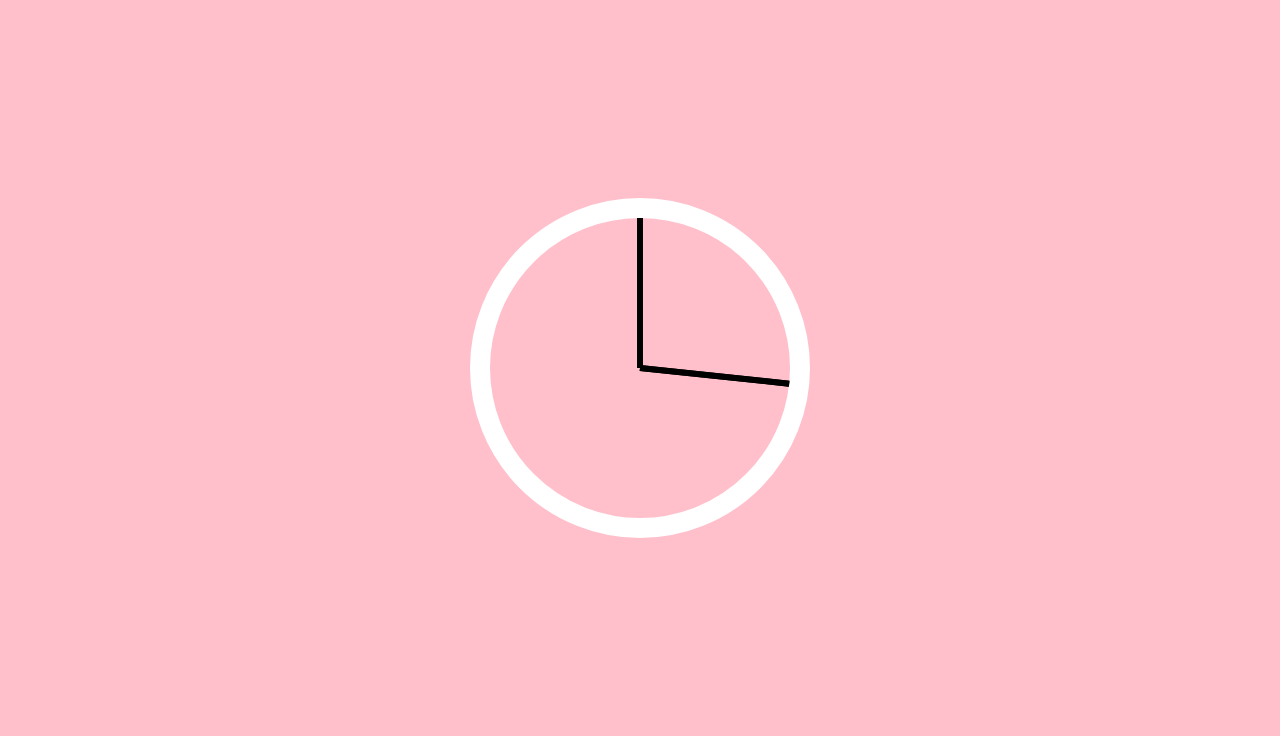
Repository: julieLyM/js-make-an-oclock
Page: index.html
An editor plug-in stored every save of this project. The page is shown before and after the next save, followed by the edit.
The browser window is 1280 px wide. The pictures show the whole page.

Above is the page before, as saved 2020-07-07 12:00:41.

### index.html
<!DOCTYPE html>
<html lang="en">
  <head>
    <meta charset="UTF-8" />
    <meta name="viewport" content="width=device-width, initial-scale=1.0" />
    <link rel="stylesheet" href="index.css" />
    <title>Document</title>
  </head>
  <body>
    <div class="clock">
      <div class="clock-circle">
        <div class="hand hours-hand"></div>
        <div class="hand mins-hand"></div>
        <div class="hand secs-hand"></div>
      </div>
    </div>
  </body>
</html>

<script>
  const secondHand = document.querySelector('.secs-hand');
  const minsHand = document.querySelector('.mins-hand');
  const hoursHand = document.querySelector('.hours-hand');

  function setDate() {
    const now = new Date();
    const seconds = now.getSeconds();
    const secondsDegrees = (seconds / 60) * 360 + 90;
    secondHand.style.transform = `rotate(${secondsDegrees}deg)`;
    console.log('second', seconds);

    const mins = now.getMinutes();
    const minsDegrees = (mins / 60) * 360 + 90;
    minsHand.style.transform = `rotate(${minsDegrees}deg)`;
    console.log('minutes', mins);

    const hours = now.getMinutes();
    const hoursDegrees = (mins / 60) * 360 + 90;
    hoursHand.style.transform = `rotate(${hoursDegrees}deg)`;
    console.log('hours', hours);
  }

  setInterval(setDate, 1000);
</script>

### index.css
html {
  background: pink;
  font-size: 10px;
  text-align: center;
}

body {
  font-size: 2rem;
  display: flex;
  flex: 1;
  min-height: 100vh;
  align-items: center;
}

.clock {
  width: 30rem;
  height: 30rem;
  border: 20px solid white;
  border-radius: 50%;
  margin: 50px auto;
}

.clock-circle {
  position: relative;
  width: 100%;
  height: 100%;
  transform: translateY(-3px);
}

.hand {
  width: 50%;
  height: 6px;
  background: black;
  position: absolute;
  top: 50%;
  transform-origin: 100%;
  transform: rotate(90deg);
  transition: all 0.05s;
  transition-timing-function: cubic-bezier(0.47, 0, 0.745, 0.715);
}

After the next save:
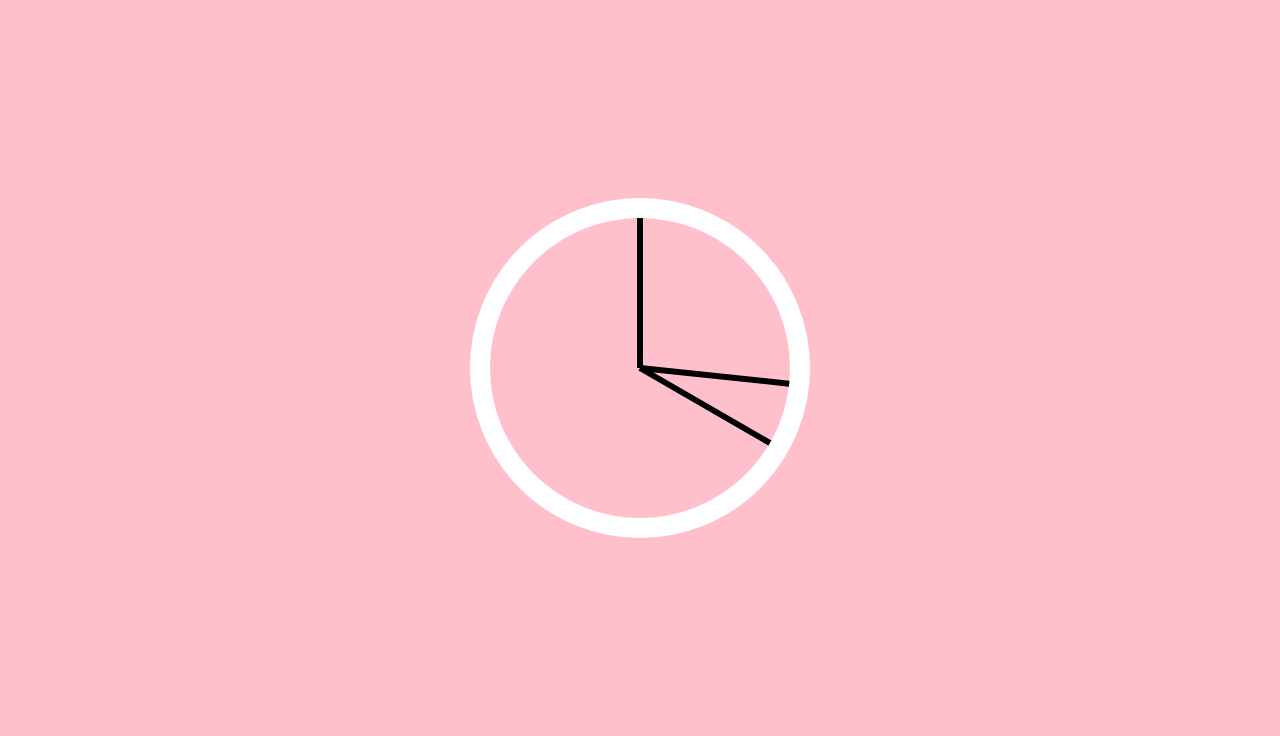
Saved 25 s later.
--- a/index.html
+++ b/index.html
@@ -35,7 +35,7 @@
     console.log('minutes', mins);
 
     const hours = now.getMinutes();
-    const hoursDegrees = (mins / 60) * 360 + 90;
+    const hoursDegrees = (mins / 12) * 360 + 90;
     hoursHand.style.transform = `rotate(${hoursDegrees}deg)`;
     console.log('hours', hours);
   }
